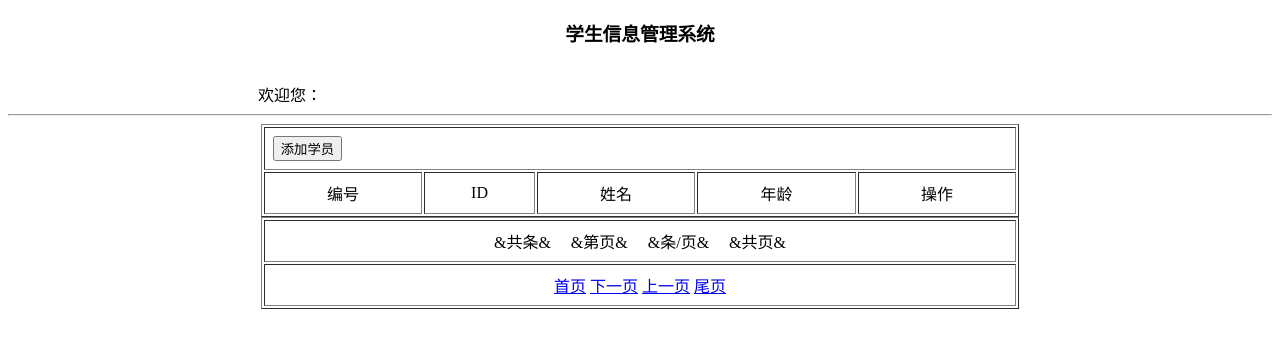
Repository: DataBoxWx/mvc_servlet_3
Page: http://localhost/mvc_2/jsp/studentlist.jsp
These files come from the project's save history. The page is drawn as it stood at one moment and after the next save; the edit follows.
The browser window is 1280 px wide. The pictures show the whole page.
The page is served by Tomcat 9. Other server files are loaded and not shown.

Above is the page before, as saved 2018-05-09 07:04:48.

### mvc_2/WebContent/jsp/studentlist.jsp
<%@ page language="java" contentType="text/html; charset=UTF-8"
    pageEncoding="UTF-8"%>
<%
	String basePath = request.getScheme() + "://" + request.getServerName() + ":" + 	request.getServerPort() + request.getContextPath() + "/";
%>
<!DOCTYPE html PUBLIC "-//W3C//DTD HTML 4.01 Transitional//EN" "http://www.w3.org/TR/html4/loose.dtd">
<html>
<head>
<base href="<%=basePath%>">
<meta http-equiv="Content-Type" content="text/html; charset=UTF-8">
<title>Insert title here</title>
<style type="text/css">
	td{text-align: center}
</style>
</head>
<body>
	<h3 align="center">学生信息管理系统</h3><br/>
	<div style="margin-left: 250px">欢迎您：${username}</div><hr>
	<table border="1" align="center" width="60%" cellpadding="8">
		<thead>
			<tr>
				<td style="text-align: left" colspan="5">
					<button id="addBtn">添加学员</button>
				</td>
			</tr>
			<tr>
				<td>编号</td>
				<td>ID</td>
				<td>姓名</td>
				<td>年龄</td>
				<td>操作</td>
			</tr>
		</thead>
		<tbody id ="tbody">

		</tbody>
	</table>
	<table border="1" align="center" width="60%" cellpadding="8">
		<tr>
			<td>
				&共<span></span>条&&nbsp;&nbsp;&nbsp;&nbsp;
				&第<span></span>页&&nbsp;&nbsp;&nbsp;&nbsp;
				  &<span></span>条/页&&nbsp;&nbsp;&nbsp;&nbsp;
				&共<span></span>页&

			</td>
		</tr>
		<tr>
			<td>
				<a href="javascript:viod(0)">首页</a>
				<a href="javascript:viod(0)">下一页</a>
				<a href="javascript:viod(0)">上一页</a>
				<a href="javascript:viod(0)">尾页</a>
			</td>
		</tr>
	</table>
</body>
</html>

After the next save:
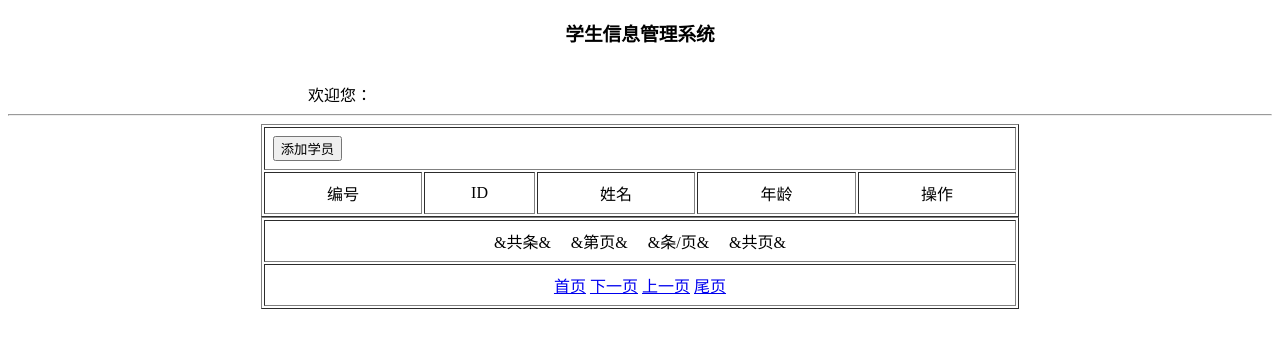
Saved 7 s later.
--- a/mvc_2/WebContent/jsp/studentlist.jsp
+++ b/mvc_2/WebContent/jsp/studentlist.jsp
@@ -15,7 +15,7 @@
 </head>
 <body>
 	<h3 align="center">学生信息管理系统</h3><br/>
-	<div style="margin-left: 250px">欢迎您：${username}</div><hr>
+	<div style="margin-left: 300px">欢迎您：${username}</div><hr>
 	<table border="1" align="center" width="60%" cellpadding="8">
 		<thead>
 			<tr>
